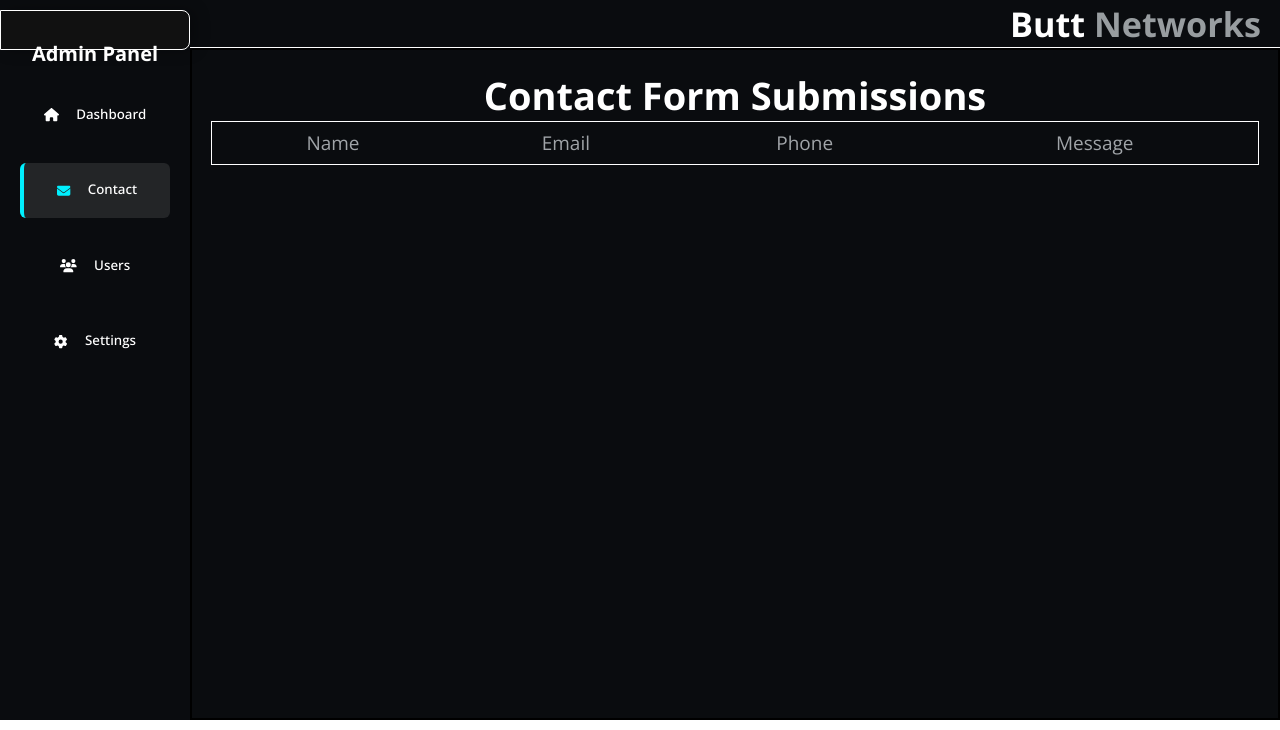
Repository: coder101-js/buttnetworks-admin-Panel
Page: /admin/contact
These files come from the project's save history. The page is drawn as it stood at one moment and after the next save; the edit follows.
The browser window is 1280 px wide. The pictures show the whole page.
The page's requests for data from a server got no answer. The project was rebuilt for these pictures with package versions that can differ from the ones it lists, and the page was loaded fresh each time. No one was signed in, and anything a server would have sent is missing. Also part of the build but not shown: vite.config.js, src/component/login/LoginEmailPage.jsx, src/component/login/LoginPassword.jsx.

Above is the page before, as saved 2025-07-05 01:33:36.

### index.html
<!doctype html>
<html lang="en">

<head>
  <link rel="preconnect" href="https://fonts.googleapis.com">
  <link rel="preconnect" href="https://fonts.gstatic.com" crossorigin>
  <link
    href="https://fonts.googleapis.com/css2?family=Abril+Fatface&family=Noto+Sans:ital,wght@0,100..900;1,100..900&family=Open+Sans:ital,wght@0,300..800;1,300..800&family=Roboto+Condensed:ital,wght@0,100..900;1,100..900&family=Roboto+Mono:ital,wght@0,100..700;1,100..700&family=Roboto:ital,wght@0,100..900;1,100..900&display=swap"
    rel="stylesheet">
  <link rel="stylesheet" href="https://cdnjs.cloudflare.com/ajax/libs/font-awesome/6.5.0/css/all.min.css"
    integrity="sha512-..." crossorigin="anonymous" referrerpolicy="no-referrer" />


  <meta charset="UTF-8" />
  <link rel="icon" type="image/svg+xml" href="./src/assets/butt.ico" />
  <meta name="viewport" content="width=device-width, initial-scale=1.0" />
  <title>Vite + React</title>
</head>

<body class="body">
  <!-- <div id="root"></div> -->
  <script type="module" src="/src/main.jsx"></script>
</body>

</html>

### src/main.jsx
import { StrictMode } from 'react'
import { createRoot } from 'react-dom/client'
import './index.css'
import App from './App.jsx'


createRoot(document.querySelector('body')).render(
  <StrictMode>
    <App />
  </StrictMode>

)

### src/index.css
*{
  margin: 0;
  padding: 0;
  box-sizing: border-box;
  font-family: "Open Sans", sans-serif;
}

### src/App.jsx
import React from "react";
import LoginEmailPage from "./component/login/LoginEmailPage";
import Loginpassword from "./component/login/LoginPassword";
import { createBrowserRouter, RouterProvider } from "react-router-dom";
import AdminContact from "./component/login/AdminContact";
import './App.css'
const Router = createBrowserRouter([
  {
    path: "/login/email",
    element: (
      <>
        <LoginEmailPage />
      </>
    ),
  },
  {
    path: "/login/password",
    element: (
      <>
        <Loginpassword email={"WahbAmir@gmail.com"} />
      </>
    ),
  },
  {
    path: "/admin/contact",
    element: (
      <>
        <AdminContact />
      </>
    ),
  },
]);
function App() {
  return (
    <>
      <RouterProvider router={Router} />
    </>
  );
}

export default App;

### src/component/login/AdminContact.jsx
import { useEffect, useRef, useState } from "react";
import { FontAwesomeIcon } from "@fortawesome/react-fontawesome";
import {
  faBars,
  faHouse,
  faEnvelope,
  faUsers,
  faCog,
} from "@fortawesome/free-solid-svg-icons";
import { FixedSizeList as List } from "react-window";
import "./style/Admin.css";

const AdminContact = () => {
  // Body theming
  useEffect(() => {
    document.body.classList.add("body-admin");
    document.body.classList.remove("body");
  }, []);

  // Sidebar + menu
  const [activeBtn, setActiveBtn] = useState("contact");
  const [menuOpen, setMenuOpen]   = useState(false);
  const toggleMenu = () => setMenuOpen((o) => !o);

  // Contact data
  const [contactList, setContactList] = useState([]);

  // Fetch contacts on mount
  useEffect(() => {
    const getData = async () => {
      try {
        const res = await fetch("http://localhost:3000/contact", {
          method: "POST",
          headers: { "Content-Type": "application/json" },
        });
        if (!res.ok) throw new Error(`Status ${res.status}`);
        const json = await res.json();
        setContactList(Array.isArray(json.data) ? json.data : []);
      } catch (err) {
        console.error("🔥 fetch error:", err);
      }
    };
    getData();
  }, []);

  return (
    <div className="admin-grid">
      {/* Hamburger */}
      <button className="hamburger" onClick={toggleMenu}>
        <FontAwesomeIcon icon={faBars} />
      </button>

      {/* Side Panel */}
      <div className={`admin-sidePanel ${menuOpen ? "show" : ""}`}>
        <h3 className="admin-heading">Admin Panel</h3>
        {[
          { id: "dashboard", icon: faHouse,   label: "Dashboard" },
          { id: "contact",   icon: faEnvelope, label: "Contact"   },
          { id: "users",     icon: faUsers,    label: "Users"     },
          { id: "settings",  icon: faCog,      label: "Settings"  },
        ].map((btn) => (
          <button
            key={btn.id}
            className={`admin-btn ${activeBtn === btn.id ? "active" : ""}`}
            onClick={() => {
              setActiveBtn(btn.id);
              setMenuOpen(false);
            }}
          >
            <FontAwesomeIcon icon={btn.icon} />
            <p>{btn.label}</p>
          </button>
        ))}
      </div>

      {/* Header */}
      <header className="admin-header">
        <h2>
          Butt <span className="grey-text">Networks</span>
        </h2>
      </header>

      {/* Main Content */}
      <main className="admin-main">
        <h1 className="admin-main-heading">Contact Form Submissions</h1>
        <table>
          <thead>
            <tr>
              <th>Name</th>
              <th>Email</th>
              <th>Phone</th>
              <th>Message</th>
            </tr>
          </thead>
          <tbody>
            <List
              height={400}               // Visible height of the table body
              itemCount={contactList.length}
              itemSize={120}             // Approx height of each row in px
              width="100%"
            >
              {({ index, style }) => (
                <tr style={style} key={contactList[index]._id || index}>
                  <ContactRow contact={contactList[index]} />
                </tr>
              )}
            </List>
          </tbody>
        </table>
      </main>
    </div>
  );
};

const ContactRow = ({ contact }) => {
  const { name = "", email = "", phone = "", message = "" } = contact || {};

  const [isExpanded, setIsExpanded]     = useState(false);
  const [showReadMore, setShowReadMore] = useState(false);
  const messageRef = useRef(null);

  // show read-more toggle if message over threshold
  useEffect(() => {
    setShowReadMore(message.length > 300);
  }, [message]);

  return (
    <>
      <td>{name}</td>
      <td>{email}</td>
      <td>{phone}</td>
      <td>
        <div className="message-container">
          <p
            ref={messageRef}
            className={`message-preview ${isExpanded ? "expanded" : ""}`}
          >
            {message}
          </p>
          {showReadMore && (
            <button
              className="read-more-btn"
              onClick={() => setIsExpanded((e) => !e)}
            >
              {isExpanded ? "Read Less" : "Read More"}
            </button>
          )}
        </div>
      </td>
    </>
  );
};

export default AdminContact;

### src/App.css
/* ===== Theme Variables ===== */
:root {
  --body-bg: rgb(202, 215, 220);
  --container-bg: rgba(255, 255, 255, 0.85);
  --primary-btn-bg: #1769ed;
  --active-btn-bg: #104599;
  --inverted-btn-border: none;
  --inverted-btn-hover: linear-gradient(135deg, blue, rgb(117, 223, 255));
  --btn-text-color: white;
  --input-bg: white;
  --input-border: rgb(0, 0, 0);
  --input-focus-border: rgb(89, 171, 226);
  --user-info-bg: rgb(219, 219, 219);
  --box-shadow: 0px 0px 12px 2px #888888;
  --text-color: #000;
  --forgot-text-color: black;
}

[data-theme="dark"] {
  --forgot-text-color: lightblue;
  --body-bg: #272626;
  --container-bg: #000000c5;
  --primary-btn-bg: #2563eb;
  --inverted-btn-border: none;
  --inverted-btn-hover: linear-gradient(135deg, #60a5fa, #3b82f6);
  --btn-text-color: white;
  --input-bg: #374151;
  --input-border: #4b5563;
  --input-focus-border: #93c5fd;
  --user-info-bg: #4b5563;
  --box-shadow: 0px 0px 12px 2px #161515;
  --input-shadow: 0px 0px 12px 2px rgb(30, 28, 28);
  --text-color: #f9fafb;
  --logo-filter: invert();
}
/* ===== Reset & Global ===== */
* {
  margin: 0;
  padding: 0;
  box-sizing: border-box;
  transition: all 0.3s ease-in;
}

.body {
  background-color: var(--body-bg);
  color: var(--text-color);
  display: flex;
  justify-content: center;
  align-items: center;
  min-height: 100vh;
  font-family: "Segoe UI", Tahoma, Geneva, Verdana, sans-serif;
}

/* ===== Container ===== */
.container {
  min-width: 45rem;
  min-height: 62vh;
  display: grid;
  grid-template-columns: 0.5fr 1.5fr;
  margin: auto;
  background-color: var(--container-bg);
  border-radius: 12px;
  box-shadow: var(--box-shadow);
}

/* ===== Content & Input Wrappers ===== */
.contentWrapper {
  display: flex;
  flex-direction: column;
  align-items: center;
}

form {
  display: flex;
  flex-direction: column;
  align-items: center;
  justify-content: center;
}

/* ===== Input Labels & Fields ===== */
.dataLabel {
  width: 29rem;
  text-align: left;
  margin-bottom: 17px;
}

input[type="email"],
input[type="text"],
input[type="password"] {
  padding: 6px;
  border-radius: 5px;
  background-color: var(--input-bg);
  box-shadow: var(--input-shadow);
  border: 2px solid var(--input-border);
  font-size: 14px;
  width: 28rem;
  margin-bottom: 5px;
}

input[type="email"],
input[type="text"]:focus,
input[type="password"]:focus {
  box-shadow: none !important;
  border: 2px solid var(--input-focus-border) !important;
}

/* ===== Buttons ===== */
.btnContainer {
  display: flex;
  gap: 1.5rem;
  margin: 10px 0;
}

.btn {
  padding: 5px;
  background-color: var(--primary-btn-bg);
  color: var(--btn-text-color);
  border: none;
  border-radius: 10px;
  cursor: pointer;
  position: relative;
  overflow: hidden;
  width: 7.5rem;
  transform: scale(1.1);
}

.btn::after {
  content: "";
  position: absolute;
  bottom: 4px;
  left: 50%;
  transform: translateX(-50%);
  width: 0%;
  height: 2px;
  background: white;
  transition: width 0.3s ease;
}

.btn:hover::after {
  width: 90%;
}
.btn:active {
  transition: none;
  background-color: var(--active-btn-bg);
}

.btnInverted {
  background-color: transparent;
  color: var(--primary-btn-bg);
  border: var(--inverted-btn-border);
}
.btnInverted:active {
  background-color: transparent;
}

.btnInverted::after {
  background: var(--inverted-btn-hover);
}
.forgot::after {
  background: transparent;
}
.forgot {
  color: var(--forgot-text-color);
  text-decoration: underline;
}
.forgot:hover {
  transform: scale(1.14);
  filter: brightness(1.3);
}

/* ===== Logo & Headings ===== */
.logo {
  width: 150px;
  filter: var(--logo-filter);
}

h3 {
  font-size: 20px;
}

p {
  font-weight: 540;
  margin: 0.4rem 0px 10px 0.4rem;
}

/* ===== User Info Display ===== */
.userInfo {
  display: flex;
  align-items: center;
  justify-content: center;
  border: 2px solid gray;
  border-radius: 0.55rem;
  font-size: 0.8rem;
  gap: 5px;
  padding: 0.3rem;
  background-color: var(--user-info-bg);
}

.userInfo > p {
  margin: 0;
  padding: 0;
}

/* ===== Password Toggle Wrapper ===== */
.showPassWrapper {
  display: flex;
  flex-direction: row;
  gap: 1rem;
  width: 28rem;
}
.theme-toggle-btn {
  background-color: transparent;
  border: none;
  cursor: pointer;
}
.theme-toggle-btn {
  transform: scale(2);
  position: absolute;
  top: 20px;
  right: 55px;
}
.moon path {
  fill: rgb(4, 116, 186);
  transform: scale(1.2);
  transition: all 0.3s ease;
}

.sun path {
  fill: yellow !important; /* You can customize this too */
  transform: scale(1.2);
  transition: all 0.3s ease;
}
.inputErr {
  color: red;
  align-self: flex-start;
  margin-left: 2.5rem;
}
.emailErr {
  background-color: red;
  color: white;
  width: fit-content;
  padding: 5px;
  border-radius: 5px;
  text-align: center;
  display: block;
  margin: auto;
  margin-bottom: 30px;
  animation: fadeOut 5s ease-in forwards;
}
.none {
  min-height: 20px;
  visibility: hidden;
}
.error-space {
  min-height: 20px;
}
.captcha-wrapper {
  display: block;
  position: relative;
  top: 1rem;
}
.captchaErr {
  color: white;
  background-color: red;
  border-radius: 5px;
  transform: scale(0.85);
  text-align: center;
  /* padding: 1px; */
}
.loading {
  width: 100%;
  height: 100%;
  position: absolute;
  inset: 0;
  z-index: 4;
  background-color: rgba(128, 128, 128, 0.735);
  backdrop-filter: blur(1.2px);
}
.loading::after {
  transform: scaleX(-95%);
  content: "";
  display: block;
  position: absolute;
  width: 100%;
  height: 8px;
  margin-top: 5px;
  background: linear-gradient(
    to right,
    rgb(32, 32, 216),
    #4747de,
    rgb(79, 129, 235),
    rgb(23, 141, 224),
    rgb(92, 116, 125),
    rgb(68, 94, 150),
     rgb(50, 64, 180),
     rgb(32, 32, 216)
  );

  background-size: 200% auto;
  animation: loading 0.7s linear infinite;
  border-radius: 10px;
}
.hide{
  display: none;
  visibility: hidden;
}
#forgot-text{
  display: block;
  text-align: center;
  color: red;
}
@keyframes loading {
  0% {
    background-position: 0% 50%;
  }
  100% {
    background-position: 100% 50%;
  }
}
@keyframes fadeOut {
  0% {
    opacity: 1;
  }
  80% {
    opacity: 0.9;
  }
  100% {
    opacity: 0;
    visibility: hidden;
  }
}
/* ===== Responsive Typography ===== */
@media (min-width: 1200px) and (max-width: 1500px) {
  html {
    font-size: 19px;
  }
}
@media (min-width: 900px) and (max-width: 1200px) {
  html {
    font-size: 17px;
  }
  .container {
    padding: 25px;
  }
}
@media (min-width: 780px) and (max-width: 900px) {
  html {
    font-size: 16px;
  }
  .btn {
    width: 120px;
  }
  .container {
    padding: 15px;
  }
}
@media (min-width: 520px) and (max-width: 780px) {
  html {
    font-size: 13.5px;
  }
  .container {
    display: flex;
    flex-direction: column;
    justify-content: center;
    align-items: center;
    min-width: 30rem;
    min-height: 65vh;
  }
  .contentWrapper,
  form {
    margin-bottom: auto;
  }
  .btnInverted {
    width: fit-content;
  }
  .inputErr {
    color: red;
    align-self: flex-start;
    margin-left: 1rem;
  }
}
@media (min-width: 300px) and (max-width: 520px) {
  html {
    font-size: 12.5px;
  }
  .container {
    transform: scale(0.9);
    display: flex;
    flex-direction: column;
    justify-content: center;
    align-items: center;
    min-width: 28rem;
    min-height: 70vh;
    line-height: 2rem;
  }
  input[type="email"],
  input[type="text"],
  input[type="password"],
  .showPassWrapper,
  .dataLabel {
    width: 20rem;
    font-size: 15px;
  }
  .userInfo {
    transform: scale(1.2);
    margin: 10px;
  }
  .btnInverted {
    width: fit-content;
  }
  input[type="checkbox"] {
    transform: scale(1.4);
    /* margin-top: 10px; */
  }
  .showPassWrapper {
    margin-top: 10px;
    font-size: 15px;
  }
  .theme-toggle-btn {
    transform: scale(2);
    position: absolute;
    top: 20px;
    right: 60px;
  }
  .btn {
    transform: scale(1.2);
  }
  .btnContainer {
    gap: 2rem;
  }
  .inputErr {
    color: red;
    align-self: flex-start;
    margin-left: 0rem;
  }
}

### src/component/login/style/Admin.css
.body-admin::before {
  content: "";
  display: block;
  position: absolute;
  inset: 0px;
  width: 100vw;
  height: 100vh;
  z-index: -1;
  background-color: rgb(10, 12, 15);
}
.body-admin {
  overflow: hidden;
}
.admin-heading {
  color: white;
  align-self: center;
}
.admin-grid {
  display: grid;
  grid-template-columns: auto 1fr;
  grid-template-rows: auto 1fr;
  grid-template-areas:
    "admin-sidePanel admin-header admin-header"
    "admin-sidePanel admin-main admin-main";
  height: 100vh;
}
.admin-sidePanel {
  grid-area: admin-sidePanel;
  display: flex;
  align-items: flex-start;
  margin-top: 10px;
  padding: 10px;
  flex-direction: column;
  border: 1px solid white;
  border-radius: 8px;
  height: 100vh;
}
.admin-btn {
  cursor: pointer;
  background-color: rgba(255, 255, 255, 0.03);
  padding: 7px;
  border: none;
  border-radius: 6px;
  gap: 5px;
  display: flex;
  align-items: center;
  justify-content: center;
  transition: all 0.3s ease-in;
  margin: 10px 0px;
  width: 150px;
}
.admin-btn:hover {
  background-color: rgba(255, 255, 255, 0.094);
  transform: scale(1.02);
}
.admin-btn p {
  color: white;
}
.white-icon {
  color: white;
}
.admin-btn {
  display: flex;
  align-items: center;
  gap: 10px;
  padding: 10px 16px;
  background-color: transparent;
  border: none;
  color: white;
  cursor: pointer;
  transition: 0.2s;
}

.admin-btn svg {
  fill: white;
}

.admin-btn.active {
  background-color: rgba(255, 255, 255, 0.1);
  border-left: 4px solid #00f0ff;
  color: #00f0ff;
}

.admin-btn.active svg {
  fill: #00f0ff !important;
}

.admin-heading {
  color: white;
  padding: 10px;
  font-size: 20px;
}
.admin-header {
  grid-area: admin-header;
  font-size: 1.2rem;
  color: white;
  border-bottom: 1px solid white;
  display: flex;
  align-items: center;
  justify-content: flex-end;
  padding: 0px 1rem;
  height: fit-content;
}
.grey-text {
  color: #989da0;
}
.admin-main {
  grid-area: admin-main;
  padding: 1rem;
  overflow-y: auto;
  display: flex;
  flex-direction: column;
  border: 2px solid;
}
.admin-main-heading {
  color: white;
  text-align: center;
}

thead {
  border: 1px solid white;
}

thead th {
  font-weight: 400;
  border: none; /* remove individual borders */
  padding: 8px;
  color: #a0a4a8;
}

/* Make sure table collapse is on for clean edges */
table {
  border-collapse: collapse;
}

tbody td {
  color: white;
  font-weight: 400;
  text-align: center;
  border: 1px solid white;
  padding: 3px;
}
.message-preview {
  max-width: 200px;
  width: fit-content;
  margin: 0 auto;
  line-height: 1.5em;
  text-align: left;
  overflow: hidden;
  text-overflow: ellipsis;
  display: -webkit-box;
  -webkit-line-clamp: 6;
  -webkit-box-orient: vertical;

  max-height: 9em; /* 6 lines x 1.5em */
  transition: max-height 0.5s ease, -webkit-line-clamp 0s 0.5s;
  position: relative;
}

.message-preview.expanded {
  -webkit-line-clamp: unset;
  max-height: 1000px; /* big enough to show full text */
  transition: max-height 0.5s ease;
}

.message-preview::after {
  content: "";
  display: block;
  height: 1.5em;

  position: absolute;
  bottom: 0;
  left: 0;
  right: 0;
  opacity: 1;
  transition: opacity 0.3s ease;
  pointer-events: none;
}

.message-preview.expanded::after {
  opacity: 0;
}

.read-more-btn {
  background: none;
  border: none;
  color: #007bff;
  cursor: pointer;
  padding: 0;
  margin-top: 5px;
  font-size: 0.9rem;
}
/* HAMBURGER ICON */
.hamburger {
  display: none;
  position: absolute;
  top: 10px;
  left: 10px;
  z-index: 1000;
  background: none;
  border: none;
  color: white;
  font-size: 1.5rem;
  cursor: pointer;
}
/* force virtualized rows back to normal table-row display */
.admin-main table tr {
  display: table-row !important;
}

/* SLIDE SIDEBAR */
@media (max-width: 740px) {
  .hamburger {
    display: block;
  }

  .admin-grid {
    display: block;
  }

  .admin-sidePanel {
    position: fixed;
    top: 0;
    left: -250px;
    width: 200px;
    height: 100vh;
    background-color: #111;
    padding: 1rem;
    border-radius: 0 8px 8px 0;
    box-shadow: 5px 0 15px rgba(0, 0, 0, 0.3);
    transition: left 0.3s ease-in-out;
    z-index: 999;
  }

  .admin-sidePanel.show {
    left: 0;
  }

  .admin-header {
    margin-top: 3rem;
    justify-content: center;
    padding: 0.5rem;
  }

  .admin-main {
    margin-top: 1rem;
    padding: 1rem;
  }
}

@media (max-width: 400px) {
  .admin-sidePanel {
    flex-direction: column;
    align-items: center;
  }

  table {
    font-size: 0.75rem;
  }

  .admin-btn {
    width: 100%;
    max-width: 300px;
  }

  .message-preview {
    max-width: 100%;
  }
}

After the next save:
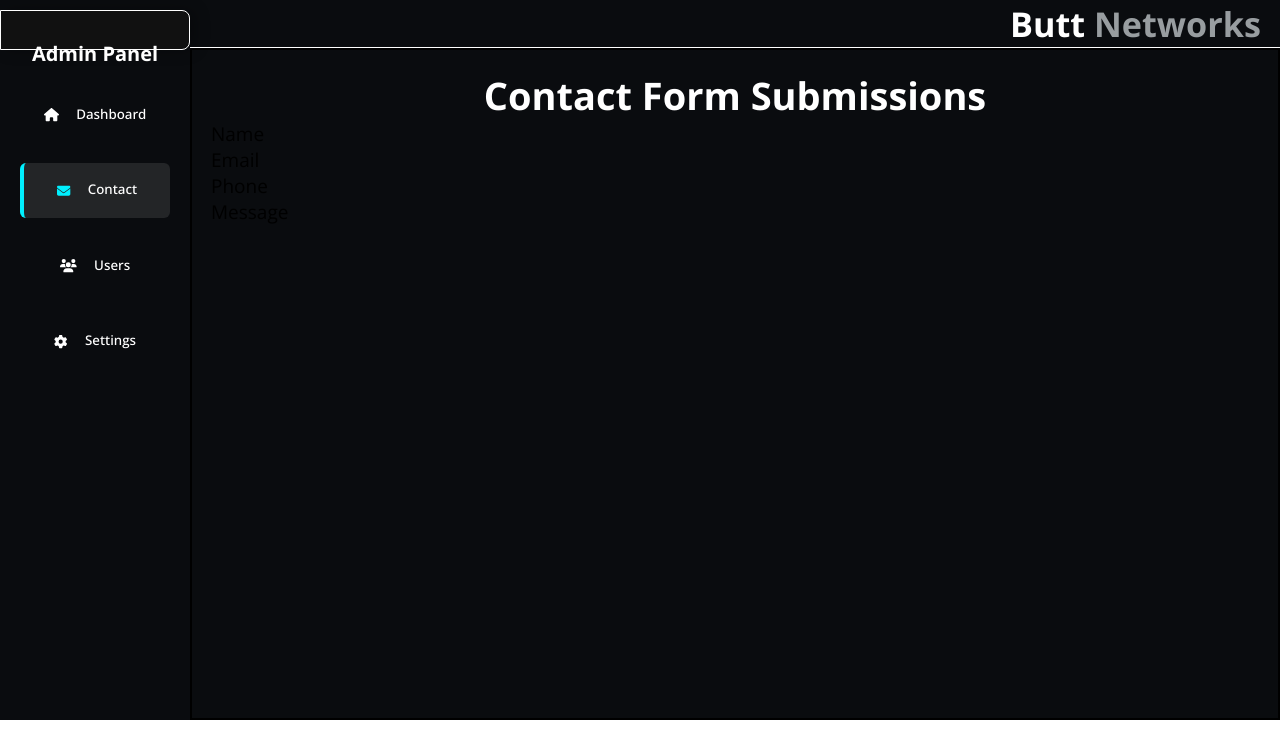
Saved 40 s later.
--- a/src/component/login/AdminContact.jsx
+++ b/src/component/login/AdminContact.jsx
@@ -11,21 +11,16 @@ import { FixedSizeList as List } from "react-window";
 import "./style/Admin.css";
 
 const AdminContact = () => {
-  // Body theming
   useEffect(() => {
     document.body.classList.add("body-admin");
     document.body.classList.remove("body");
   }, []);
 
-  // Sidebar + menu
   const [activeBtn, setActiveBtn] = useState("contact");
-  const [menuOpen, setMenuOpen]   = useState(false);
+  const [menuOpen, setMenuOpen] = useState(false);
+  const [contactList, setContactList] = useState([]);
   const toggleMenu = () => setMenuOpen((o) => !o);
 
-  // Contact data
-  const [contactList, setContactList] = useState([]);
-
-  // Fetch contacts on mount
   useEffect(() => {
     const getData = async () => {
       try {
@@ -45,19 +40,17 @@ const AdminContact = () => {
 
   return (
     <div className="admin-grid">
-      {/* Hamburger */}
       <button className="hamburger" onClick={toggleMenu}>
         <FontAwesomeIcon icon={faBars} />
       </button>
 
-      {/* Side Panel */}
       <div className={`admin-sidePanel ${menuOpen ? "show" : ""}`}>
         <h3 className="admin-heading">Admin Panel</h3>
         {[
-          { id: "dashboard", icon: faHouse,   label: "Dashboard" },
-          { id: "contact",   icon: faEnvelope, label: "Contact"   },
-          { id: "users",     icon: faUsers,    label: "Users"     },
-          { id: "settings",  icon: faCog,      label: "Settings"  },
+          { id: "dashboard", icon: faHouse, label: "Dashboard" },
+          { id: "contact", icon: faEnvelope, label: "Contact" },
+          { id: "users", icon: faUsers, label: "Users" },
+          { id: "settings", icon: faCog, label: "Settings" },
         ].map((btn) => (
           <button
             key={btn.id}
@@ -73,40 +66,36 @@ const AdminContact = () => {
         ))}
       </div>
 
-      {/* Header */}
       <header className="admin-header">
         <h2>
           Butt <span className="grey-text">Networks</span>
         </h2>
       </header>
 
-      {/* Main Content */}
       <main className="admin-main">
         <h1 className="admin-main-heading">Contact Form Submissions</h1>
-        <table>
-          <thead>
-            <tr>
-              <th>Name</th>
-              <th>Email</th>
-              <th>Phone</th>
-              <th>Message</th>
-            </tr>
-          </thead>
-          <tbody>
-            <List
-              height={400}               // Visible height of the table body
-              itemCount={contactList.length}
-              itemSize={120}             // Approx height of each row in px
-              width="100%"
-            >
-              {({ index, style }) => (
-                <tr style={style} key={contactList[index]._id || index}>
-                  <ContactRow contact={contactList[index]} />
-                </tr>
-              )}
-            </List>
-          </tbody>
-        </table>
+
+        {/* Fake Table Header */}
+        <div className="table-header">
+          <div>Name</div>
+          <div>Email</div>
+          <div>Phone</div>
+          <div>Message</div>
+        </div>
+
+        {/* Virtualized List */}
+        <List
+          height={400}
+          itemCount={contactList.length}
+          itemSize={120}
+          width="100%"
+        >
+          {({ index, style }) => (
+            <div style={style}>
+              <ContactRow contact={contactList[index]} />
+            </div>
+          )}
+        </List>
       </main>
     </div>
   );
@@ -114,22 +103,20 @@ const AdminContact = () => {
 
 const ContactRow = ({ contact }) => {
   const { name = "", email = "", phone = "", message = "" } = contact || {};
-
-  const [isExpanded, setIsExpanded]     = useState(false);
+  const [isExpanded, setIsExpanded] = useState(false);
   const [showReadMore, setShowReadMore] = useState(false);
   const messageRef = useRef(null);
 
-  // show read-more toggle if message over threshold
   useEffect(() => {
     setShowReadMore(message.length > 300);
   }, [message]);
 
   return (
-    <>
-      <td>{name}</td>
-      <td>{email}</td>
-      <td>{phone}</td>
-      <td>
+    <div className="table-row">
+      <div>{name}</div>
+      <div>{email}</div>
+      <div>{phone}</div>
+      <div>
         <div className="message-container">
           <p
             ref={messageRef}
@@ -146,8 +133,8 @@ const ContactRow = ({ contact }) => {
             </button>
           )}
         </div>
-      </td>
-    </>
+      </div>
+    </div>
   );
 };
 
